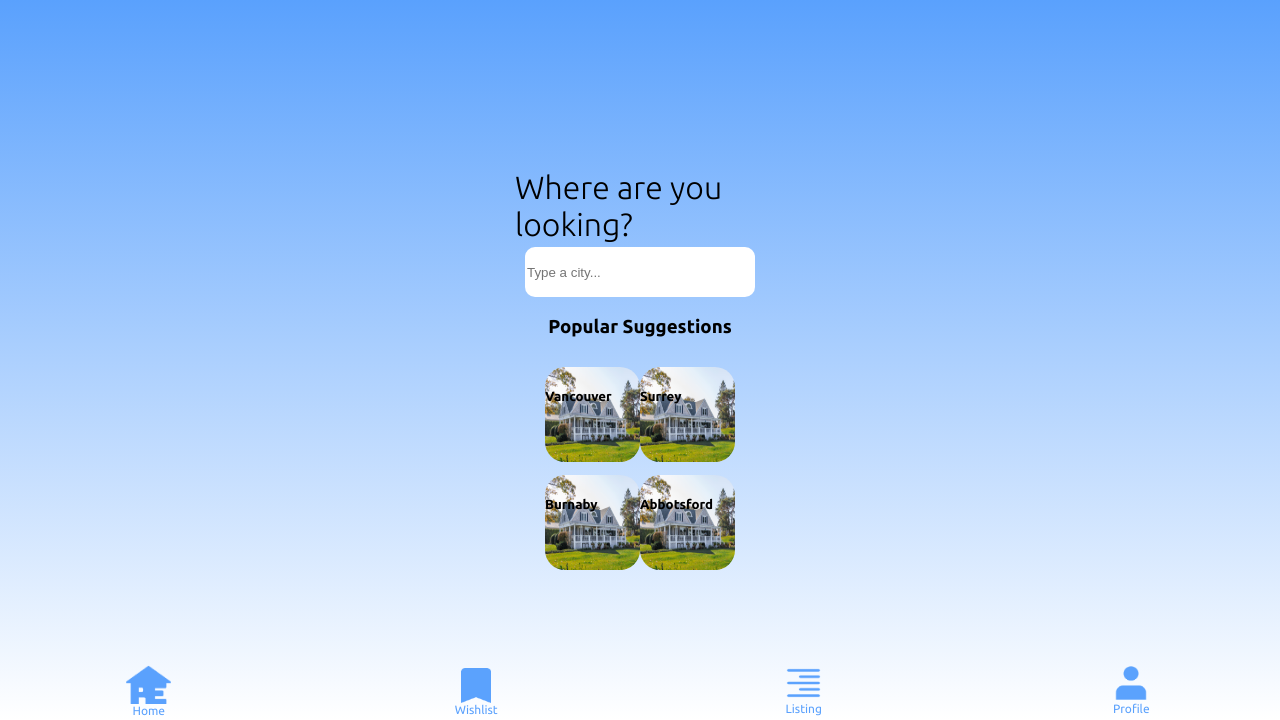
Repository: msyukurrr/realeasy
Page: /listing
An editor plug-in stored every save of this project. The page is shown before and after the next save, followed by the edit.
The browser window is 1280 px wide. The pictures show the whole page.
The project was rebuilt for these pictures with package versions that can differ from the ones it lists, and the page was loaded fresh each time. The framework's server and built-in components were replaced by stand-ins that run in the browser. Also part of the build but not shown: next.config.js, components/Button.js.

Above is the page before, as saved 2023-01-27 20:38:49.

After the next save:
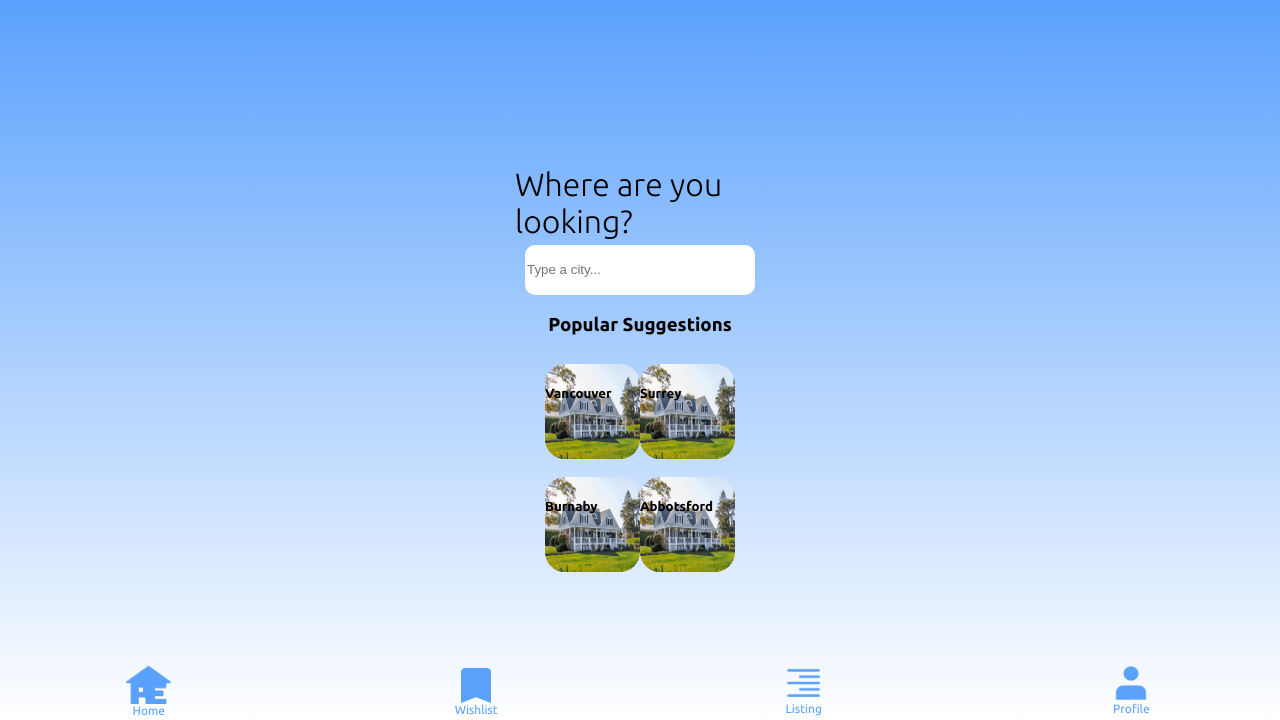
Saved 4 s later.
--- a/pages/listing.js
+++ b/pages/listing.js
@@ -20,7 +20,7 @@ export default function Listing({
 
     <div>
 
-        <div style={{display:'flex', flexDirection:'row', paddingTop:10, paddingBottom:10}}>
+        <div style={{display:'flex', flexDirection:'row', paddingTop:10, paddingBottom:15}}>
             <div>
                 <h5 style={{display:'flex', position:'absolute'}}>Vancouver</h5>
                 <img src="house.png" style={{width:95, height:95, borderRadius:20}}/>
